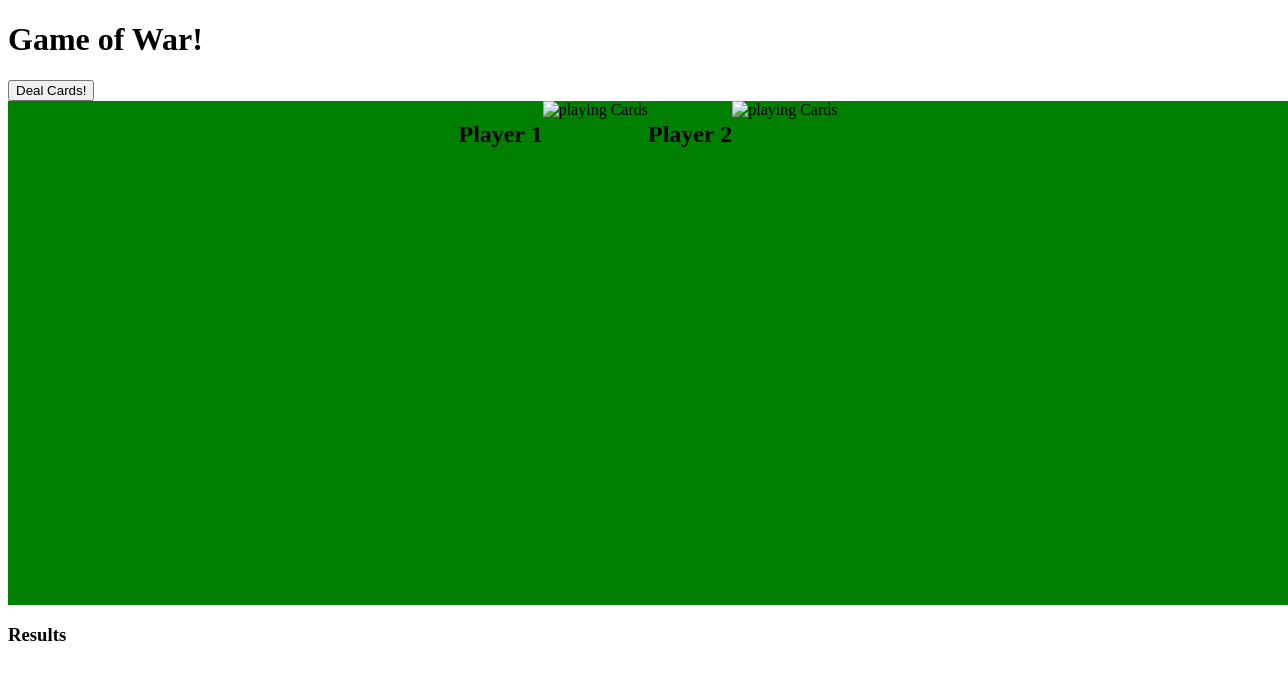
Repository: barroso2223/cakeByG
Page: index.html
These files come from the project's save history. The page is drawn as it stood at one moment and after the next save; the edit follows.
The browser window is 1280 px wide. The page is 1288 px wide, so the pictures cover 1288 px, including what lies to the right of the window. The pictures show the whole page.

Above is the page before, as saved 2024-10-11 15:16:44.

After the next save:
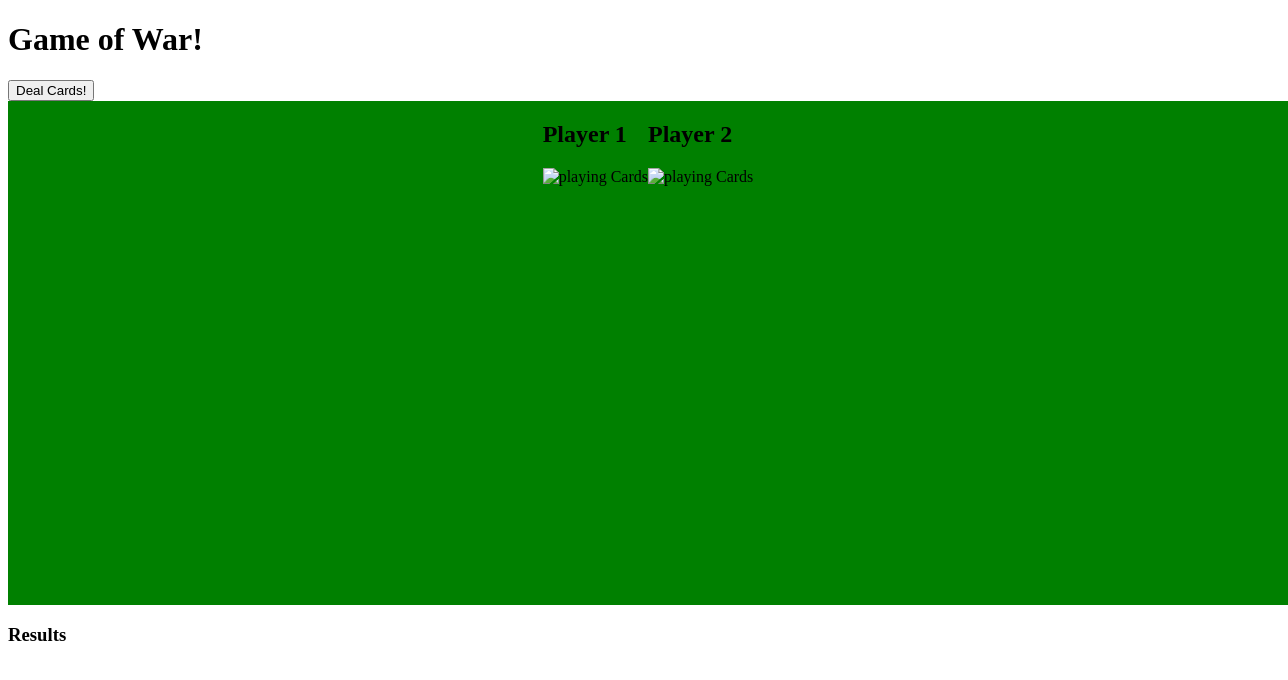
Saved 70 s later.
--- a/index.html
+++ b/index.html
@@ -12,10 +12,14 @@
 
     <button>Deal Cards!</button>
     <div class="gameTable">
-        <h2 class="player1">Player 1</h2>
-        <img id="player1" src="" alt="playing Cards">
-        <h2 class="player2">Player 2</h2>
-        <img id="player2" src="" alt="playing Cards">
+        <div id="player1">
+            <h2>Player 1</h2>
+            <img id="player1" src="" alt="playing Cards">
+        </div>
+        <div id="player2">
+            <h2>Player 2</h2>
+            <img id="player2" src="" alt="playing Cards">
+        </div>
      </div>
      <h3>Results</h3>
 
